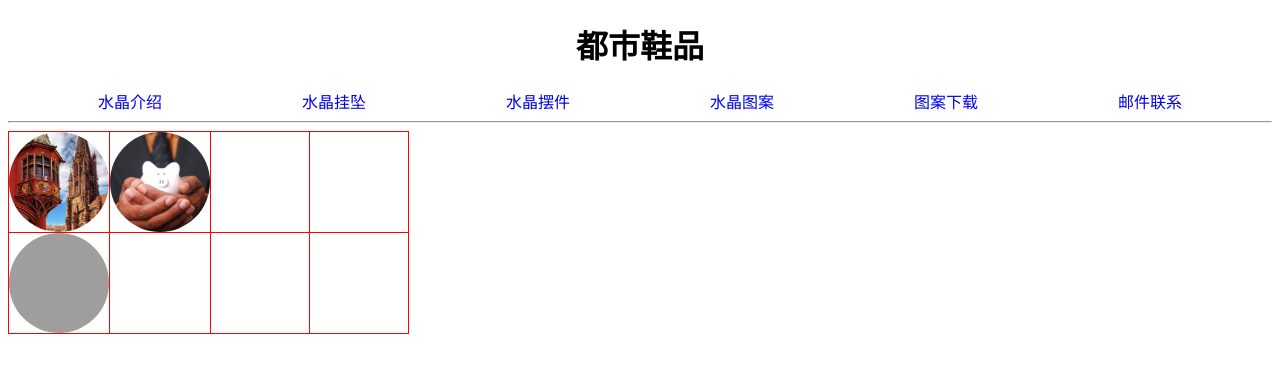
Repository: kirtonew/Compeititon2022-1
Page: node/新媒体设计/1.4/test2.html
These files come from the project's save history. The page is drawn as it stood at one moment and after the next save; the edit follows.
The browser window is 1280 px wide. The pictures show the whole page.
Pictures or frames that could not be fetched are drawn as grey boxes.

Above is the page before, as saved 2022-09-05 15:48:45.

After the next save:
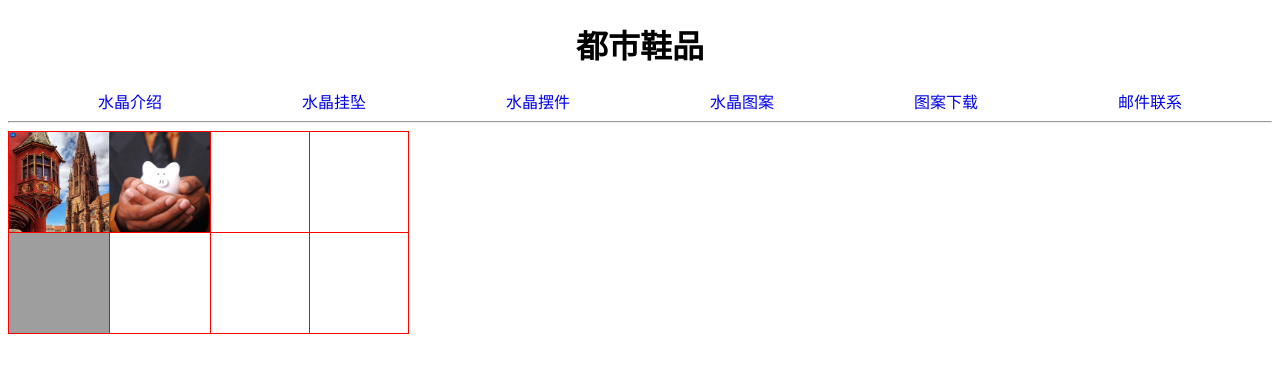
Saved 20 s later.
--- a/node/新媒体设计/1.4/1.css
+++ b/node/新媒体设计/1.4/1.css
@@ -5,7 +5,7 @@
 }
 img {
     float: left;
-    border-radius: 50px;
+
     width: 400px;
 }
 a{
